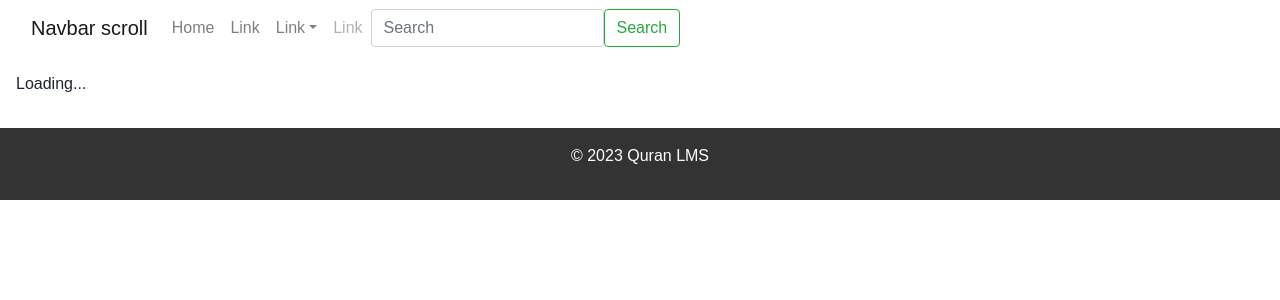
Repository: talha-mahmood/Quran-Lms-react
Page: /
An editor plug-in stored every save of this project. The page is shown before and after a run of saves, followed by the edit.
The browser window is 1280 px wide. The pictures show the whole page.
The page's requests for data from a server got no answer. The project was rebuilt for these pictures with package versions that can differ from the ones it lists, and the page was loaded fresh each time. No one was signed in, and anything a server would have sent is missing.

Above is the page before, as saved 2023-03-08 01:10:05.

After the next 3 saves:
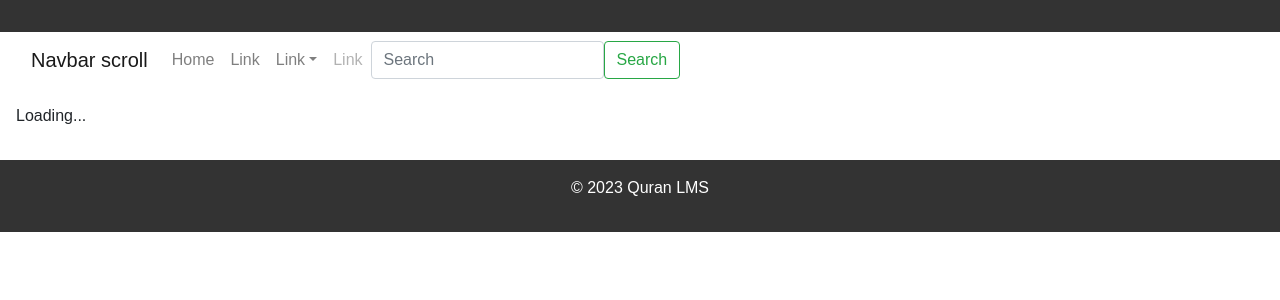
The 3 saves are shown as one change because they came seconds apart.
The last was saved 12 s later.
--- a/src/App.js
+++ b/src/App.js
@@ -28,7 +28,7 @@ class QuranLMS extends Component {
 
 
           <div>
-
+          <header></header>
           <Navbar bg="" expand="lg">
       <Container fluid>
         <Navbar.Brand href="#">Navbar scroll</Navbar.Brand>
